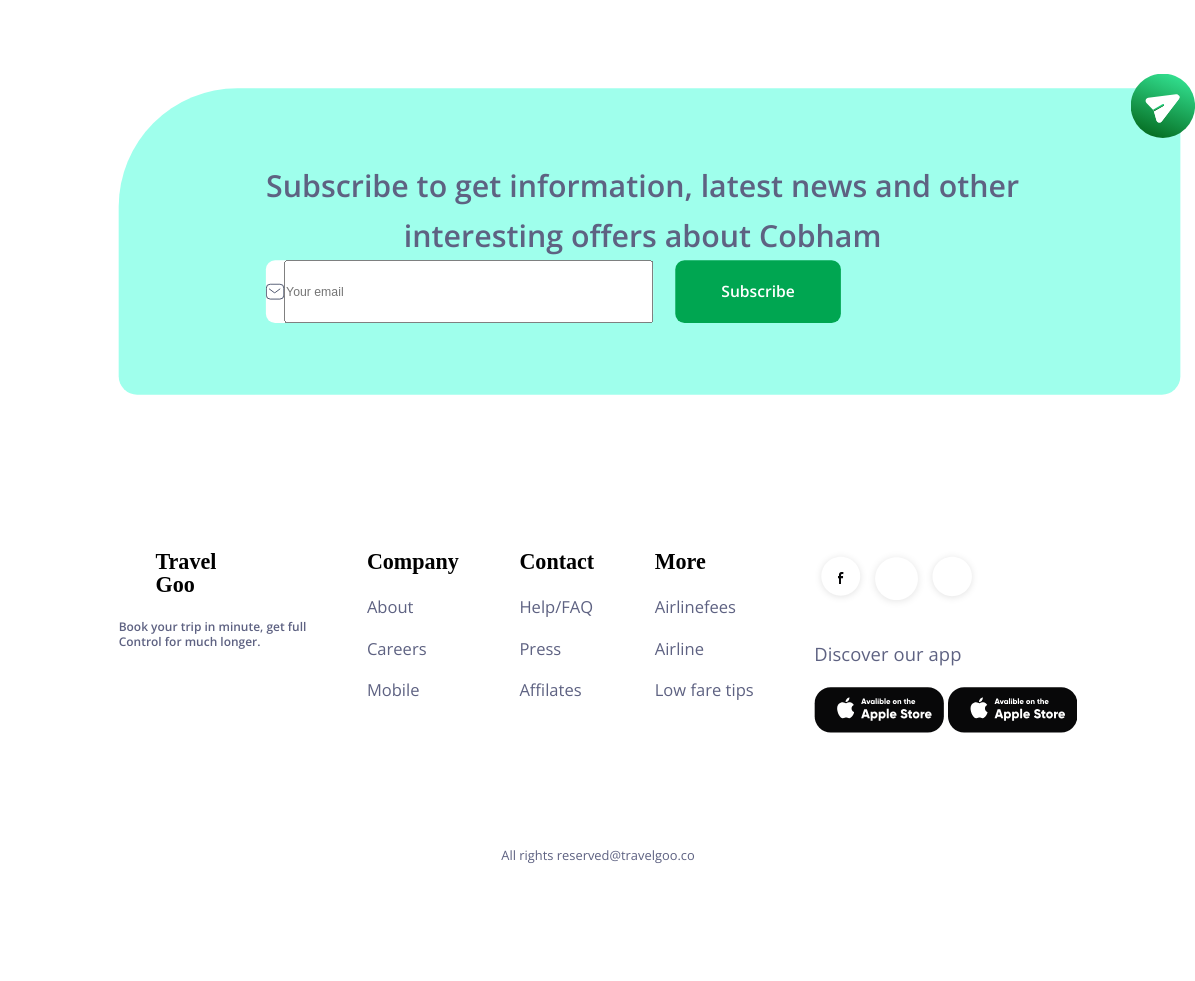
Repository: HeybetzadeQedim/task-5
Page: index.html
The author's editor kept a copy of each file at every save. The page is drawn from the files as they stood at one save, then again after a run of saves.
The browser window is 1280 px wide. The page is 1299 px wide, so the pictures cover 1299 px, including what lies to the right of the window. The pictures show the whole page, at 92% of full size.
Some web fonts or font styles are not loaded; a fallback is used.

Above is the page before, as saved 2023-10-16 16:19:07.

After the next 2 saves:
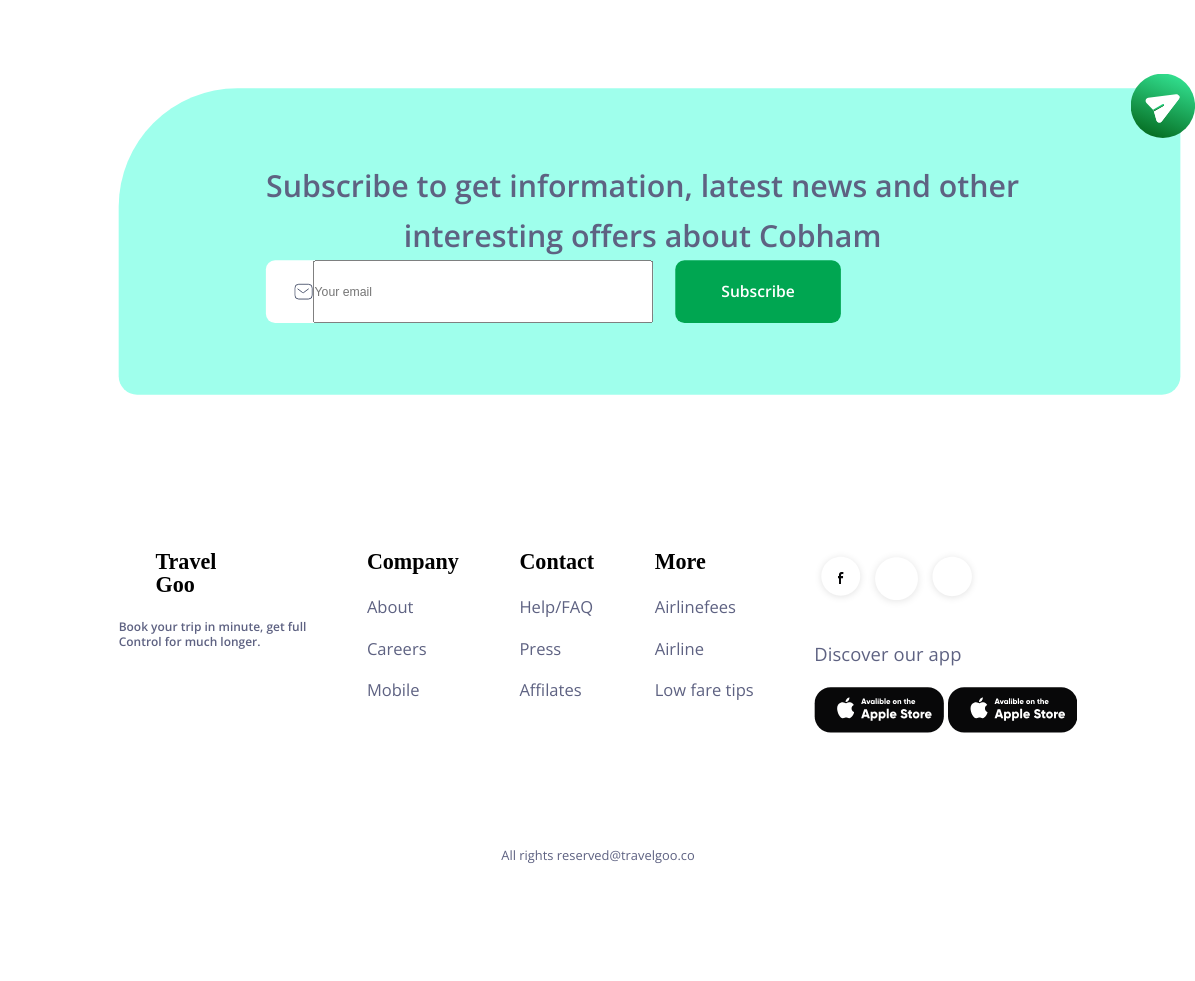
The 2 saves are shown as one change because they came seconds apart.
The last was saved 8 s later.
--- a/index.css
+++ b/index.css
@@ -171,7 +171,7 @@ form button{
 form .input-box{
   width: 421px;
   /* padding: 25px 31px; */
-  padding: ;
+  padding-left:31px ;
   border-radius: 10px;
 background: var(--white, #FFF);
 display: flex;
